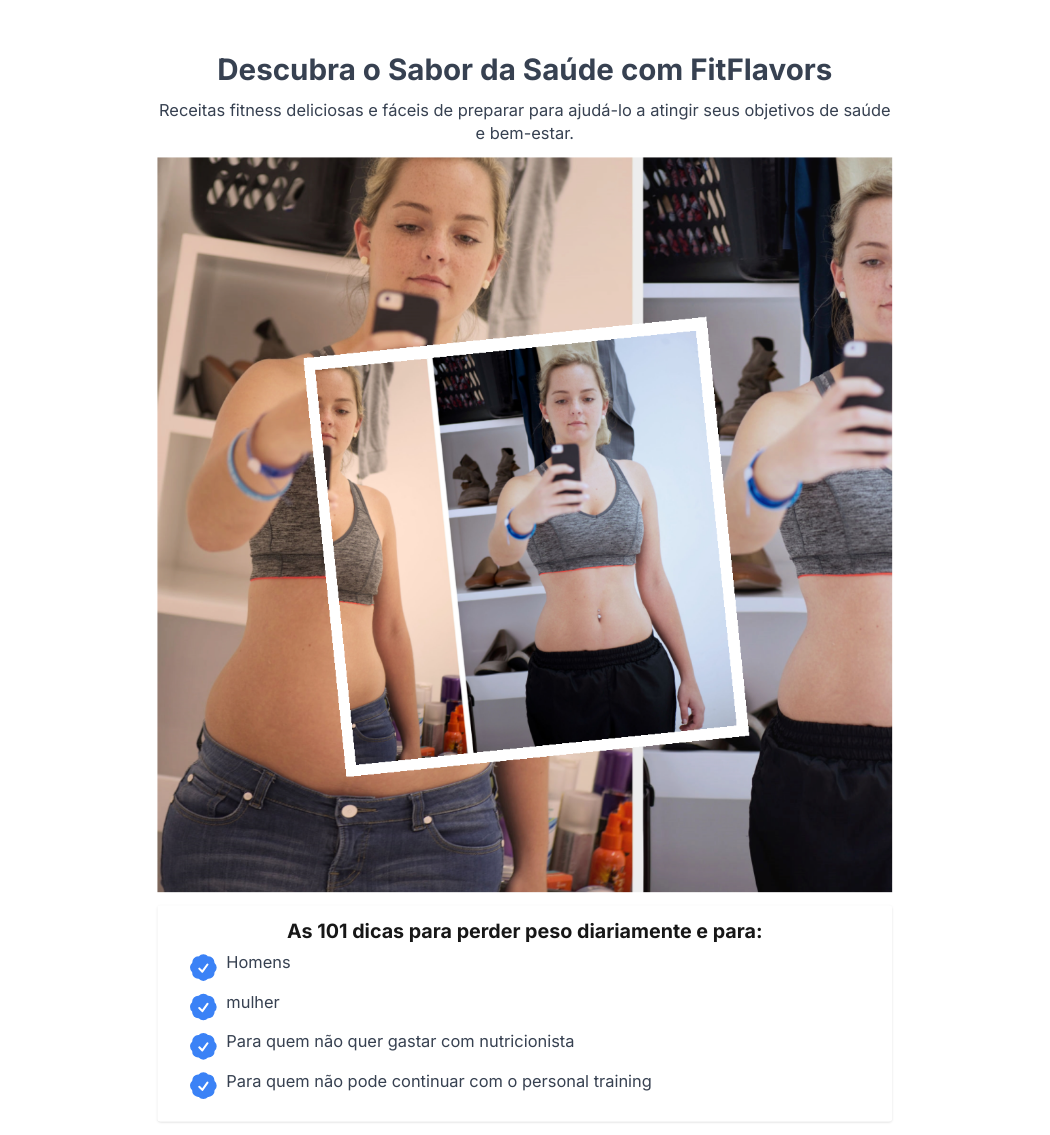
Repository: apreczewski/produtosdigitais
Page: /
An editor plug-in stored every save of this project. The page is shown before and after the next save, followed by the edit.
The browser window is 1280 px wide. The pictures show the part of the page from y = 0 to 1384 px (the page is 3668 px tall), at 82% of full size.
Pictures or frames that could not be fetched are drawn as grey boxes. The project was rebuilt for these pictures with package versions that can differ from the ones it lists, and the page was loaded fresh each time. The framework's server and built-in components were replaced by stand-ins that run in the browser. Also part of the build but not shown: next.config.js, webpack.config.js.

Above is the page before, as saved 2023-07-27 18:31:19.

### src/app/layout.tsx
import './globals.css'

import { Inter } from 'next/font/google'

const inter = Inter({ subsets: ['latin'] })

export const metadata = {
  title: 'Create Next App',
  description: 'Generated by create next app',
}

export default function RootLayout({
  children,
}: {
  children: React.ReactNode
}) {
  return (
    <html lang="en">
      <body className={inter.className}>
        {children}
      </body>
    </html>
  )
}

### src/app/page.tsx
import { ReceitasFitness } from "@/app/receitasfitness";

export default function Home() {
  return <ReceitasFitness />
}

### src/app/globals.css
@tailwind base;
@tailwind components;
@tailwind utilities;

:root {
  --foreground-rgb: 0, 0, 0;
  --background-start-rgb: #9DCAB4
  --background-end-rgb: #9DCAB4
}

@media (prefers-color-scheme: dark) {
  :root {
    --foreground-rgb: 255, 255, 255;
    --background-start-rgb: #9DCAB4
    --background-end-rgb: #9DCAB4
  }
}

body {
  color: rgb(var(--foreground-rgb));
  background: linear-gradient(
      to bottom,
      transparent,
      rgb(var(--background-end-rgb))
    )
    rgb(var(--background-start-rgb));
}

main {
  margin: 0 12rem;
}

 /* Estilizando a barra de rolagem */
 ::-webkit-scrollbar {
  width: 5px;
}

/* Estilizando o "thumb" ou a parte móvel da barra de rolagem */
::-webkit-scrollbar-thumb {
  background: #888;
  border-radius: 2px;
}

/* Adicionando hover ao "thumb" */
::-webkit-scrollbar-thumb:hover {
  background: #555;
}

### src/app/receitasfitness/index.tsx
import Head from 'next/head'
import { Header } from '@components/Header'
import { Footer } from '@components/Footer'
import { Section01 } from '@/app/receitasfitness/Section01'
import { Section02 } from '@/app/receitasfitness/Section02'
import { Section03 } from '@/app/receitasfitness/Section03'
import { Section04 } from '@/app/receitasfitness/Section04'
import { Section05 } from '@/app/receitasfitness/Section05'
import { Section06 } from '@/app/receitasfitness/Section06'
import { Section07 } from '@/app/receitasfitness/Section07'
import { Section08 } from '@/app/receitasfitness/Section08'
import { Section09 } from '@/app/receitasfitness/Section09'


export const ReceitasFitness = () => {
  return (
    <div className="flex flex-col items-center justify-center min-h-screen">
      {/* <Header /> */}
      <main className="grid gap-4 flex-col items-center justify-center flex-1 text-center mt-16">
        <Section01 />
        <Section02 />
        <Section03 />
        <Section04 />
        <Section05 />
        <Section06 />
        <Section07 />
        <Section08 />
        <Section09 />
      </main>
      <Footer />
    </div>
  )
}

### src/app/components/Footer/index.tsx
import React from "react";

export const Footer = () => {
  return (
    <div className="bg-gray-800 text-white py-8 w-full">
      <div className="container mx-auto px-4 text-center">
        <h2 className="text-2xl mb-4">Entre em contato</h2>
        <p className="mb-4">Email: info@seusite.com</p>
        <div className="flex justify-center space-x-4">
          <a
            href="/privacy-policy"
            className="text-blue-300 hover:text-blue-100"
          >
            Política de Privacidade
          </a>
          <a
            href="/terms-of-service"
            className="text-blue-300 hover:text-blue-100"
          >
            Termos de Serviço
          </a>
        </div>
      </div>
    </div>
  );
};

### src/app/receitasfitness/Section01/index.tsx
export const Section01 = () => {
  return (
    <div className="text-center rounded">
      <h1 className="text-4xl font-bold mb-4  text-gray-700">
        Descubra o Sabor da Saúde com FitFlavors
      </h1>
      <p className="text-xl text-gray-700">
        Receitas fitness deliciosas e fáceis de preparar para ajudá-lo a atingir
        seus objetivos de saúde e bem-estar.
      </p>
    </div>
  );
};

### src/app/receitasfitness/Section02/index.tsx
import Image from 'next/image';
import banner from '@assets/images/section02.png'

export const Section02 = () => {
  return (
    <div className="flex justify-center items-center w-full">
      <div className="w-full">
        <Image
          className="w-screen"
          src={banner}
          alt="Transformação surpreendente com FitFlavors! Veja o progresso real alcançado com nossas receitas fitness." // Substitua isso por uma descrição da imagem
          layout="responsive"
          width={500}
          height={300}
        />
      </div>
    </div>
  );
}

### src/app/receitasfitness/Section03/index.tsx
import React from "react";
import { CheckBadgeIcon } from "@heroicons/react/24/solid";



export const Section03 = () => {
  const features = [
    {
      icon: CheckBadgeIcon,
      text: "Homens",
    },
    {
      icon: CheckBadgeIcon,
      text: "mulher",
    },
    {
      icon: CheckBadgeIcon,
      text: "Para quem não quer gastar com nutricionista",
    },
    {
      icon: CheckBadgeIcon,
      text: "Para quem não pode continuar com o personal training",
    },

    ,
    ,

  ]

  return (
    <div className="p-4 bg-white shadow rounded w-full">
      <h2 className="text-2xl text-neutral-900 font-bold mb-2">
        As 101 dicas para perder peso diariamente e para:
      </h2>
      <ul className="list-disc pl-5 justify-start ">
        {features.map((item, index) => (
          <li key={index} className="mb-2 flex justify-start content-center text-gray-700 text-xl text-left">
            <CheckBadgeIcon className="h-10 w-10 mr-2 text-blue-500" /> {item?.text}
          </li>
        ))}
      </ul>
    </div>
  );
};

### src/app/receitasfitness/Section04/index.tsx
"use client";

import React, { useEffect, useState } from "react";
import Image from "next/image";
import { Dot, Dots } from "./styles";
// import ImageTest from './image.svg';

export const Section04 = () => {
  const images = [
    "https://images.pexels.com/photos/414612/pexels-photo-414612.jpeg",
    "https://images.pexels.com/photos/459225/pexels-photo-459225.jpeg",
    "https://images.pexels.com/photos/459225/pexels-photo-459225.jpeg",
    "https://images.pexels.com/photos/459225/pexels-photo-459225.jpeg",
  ];

  const [currentImageIndex, setCurrentImageIndex] = useState(0);

  const prev = () => {
    setCurrentImageIndex(
      (currentImageIndex - 1 + images.length) % images.length
    );
  };
  const next = () => {
    setCurrentImageIndex((currentImageIndex + 1) % images.length);
  };

  useEffect(() => {
    const interval = setInterval(() => {
      setCurrentImageIndex((currentImageIndex + 1) % images.length);
    }, 2000);

    return () => clearInterval(interval);
  }, [currentImageIndex, images.length]);

  return (
    <div className="relative w-full h-[500px] rounded overflow-hidden">
      <Image
        className="object-cover"
        src={images[currentImageIndex]}
        layout="fill"
        objectFit="cover"
        alt=""
      />
      <Dots>
        {images.map((index) => {
          return <Dot key={index}/>
        })}
      </Dots>
      {/* <ImageTest /> */}
    </div>
  );
};

### src/app/receitasfitness/Section05/index.tsx
import React from "react";

export const Section05 = () => {
  return (
    <div className="bg-blue-500 text-white p-8 rounded-lg shadow-lg">
      <h2 className="text-3xl font-bold mb-6">
        Como funciona o Pacote Premium Artes Gospel?
      </h2>
      <ol className="list-decimal list-inside space-y-4 text-lg">
        <li>
          <strong className="text-white">1º Passo:</strong> Escolha o modelo de
          arte que mais lhe interessar (São mais de 450 modelos com os mais
          diversos temas)
        </li>
        <li>
          <strong className="text-white">2º Passo:</strong> Altere a arte com as
          informações que você deseja com poucos cliques (Utilize as aulas para
          aprender como alterar)
        </li>
        <li>
          <strong className="text-white">3º Passo:</strong> Finalize sua arte e
          comece a divulgação para sua igreja ou ministério em poucos minutos e
          sem precisar investir alto para isso
        </li>
      </ol>
    </div>
  );
};

### src/app/receitasfitness/Section06/index.tsx
import React from "react";

export const Section06 = () => {
  return (
    <div className="bg-blue-500 text-white p-8 rounded-lg shadow-lg">
      <h2 className="text-3xl font-bold mb-6">
        Além de tudo isso, ao se inscrever HOJE, você receberá 2 BÔNUS
        EXCLUSIVOS
      </h2>
      <h3 className="text-2xl mb-4">Bônus 1</h3>
      <p className="mb-4">
        Transforme seu corpo em uma máquina de queimar gordura
      </p>
      <p className="mb-4">
        Conselhos dos melhores exercícios e queimadores de gordura.
      </p>
      <h3 className="text-2xl mb-4">SUPER BÔNUS:</h3>
      <p className="mb-4">Bônus SURPRESA</p>
      <p className="mb-4">Ao adquirir HOJE, você garante um bônus surpresa!</p>
      <p className="text-2xl mb-4">De R$ 20.90</p>
      <p className="text-2xl mb-4">Por R$ 10.90</p>
      <button className="bg-white text-blue-500 px-8 py-3 rounded-full font-semibold transition duration-200 ease-in-out transform hover:scale-105">
        QUERO APROVEITAR ESTA OFERTA
      </button>
      <p className="mt-4">
        ATENÇÃO: As vagas com este valor são LIMITADAS e assim que se
        encerrarem, 101 Dicas para Perder Peso voltará ao seu preço normal de R$
        20.90
      </p>
    </div>
  );
};

### src/app/receitasfitness/Section07/index.tsx
import React from "react";
import Image from "next/image";

export const Section07 = () => {
  return (
    <div className="flex items-center bg-yellow-500 text-white p-8 rounded-lg shadow-lg">
      <div className="w-1/3">
        <Image
          src="https://via.placeholder.com/150"
          alt="Garantia"
          width={150}
          height={150}
        />
      </div>
      <div className="w-2/3 pl-8">
        <h2 className="text-3xl font-bold mb-4">GARANTIA DE 7 DIAS!</h2>
        <p className="text-lg">
          Temos absoluta certeza de que o 101 DICAS PARA PERDER PESO DIARIAMENTE
          será muito efetivo para o seu processo de EMAGRECIMENTO, mas se em até
          7 dias após a compra você não estiver satisfeito com o produto por
          qualquer motivo, devolvemos todo o seu dinheiro!
        </p>
      </div>
    </div>
  );
};

### src/app/receitasfitness/Section08/index.tsx
"use client"

import React, { useState } from "react";

export const Section08 = () => {
  const [activeIndex, setActiveIndex] = useState(-1);

  const questions = [
    {
      question: 'Como recebo acesso ao curso?',
      answer: 'Assim que você efetuar o pagamento, receberá um nome de usuário e senha em seu e-mail para acessar a plataforma. Aproveite seu processo de aprendizado e aproveite ao máximo.',
    },
    {
      question: 'O pagamento é seguro?',
      answer: 'O pagamento é feito 100% de forma segura através da Hotmart, a maior e mais segura plataforma de venda de produtos digitais para falantes de espanhol. Eu só pago se você fizer diretamente a eles.',
    },
    {
      question: 'Posso usar meu celular para fazer login?',
      answer: 'Sim! Você pode acessar quantas vezes quiser simplesmente usando seu celular, sem a necessidade de um computador.',
    },
    {
      question: 'E se eu não gostar do curso?',
      answer: 'Você tem uma garantia incondicional de 7 dias! Se, após a compra do curso, dentro de 7 dias você descobrir que não é para você, basta nos enviar um e-mail e nós reembolsaremos todo o seu investimento.',
    },
  ];

  return (
    <div className="bg-blue-500 text-white p-8 rounded-lg shadow-lg text-left">
      <h2 className="text-3xl font-bold mb-6">PERGUNTAS FREQUENTES:</h2>
      {questions.map((item, index) => (
        <div key={index} className="mb-4">
          <button
            onClick={() => setActiveIndex(activeIndex === index ? -1 : index)}
            className="text-xl font-semibold"
          >
            {item.question}
          </button>
          {activeIndex === index && <p className="mt-2">{item.answer}</p>}
        </div>
      ))}
    </div>
  );
};

### src/app/receitasfitness/Section09/index.tsx
import React from "react";

export const Section09 = () => {

  return (
    <h1>Section09</h1>
  );
};

### src/app/receitasfitness/Section04/styles.ts
import styled from 'styled-components';

export const Dots = styled.div`
  position: absolute;
  display: flex;
  width: 100%;
  align-items: center;
  justify-content: center;
  bottom: 3rem;
  z-index: 5;
`;

export const Dot = styled.span`
  width: 1rem;
  height: 1rem;
  border-radius: 50%;
  background-color: #999;

  & + span {
    margin-left: 0.25rem;
  }


`;

Loaded but not shown: tailwind.config.js (common file)

After the next save:
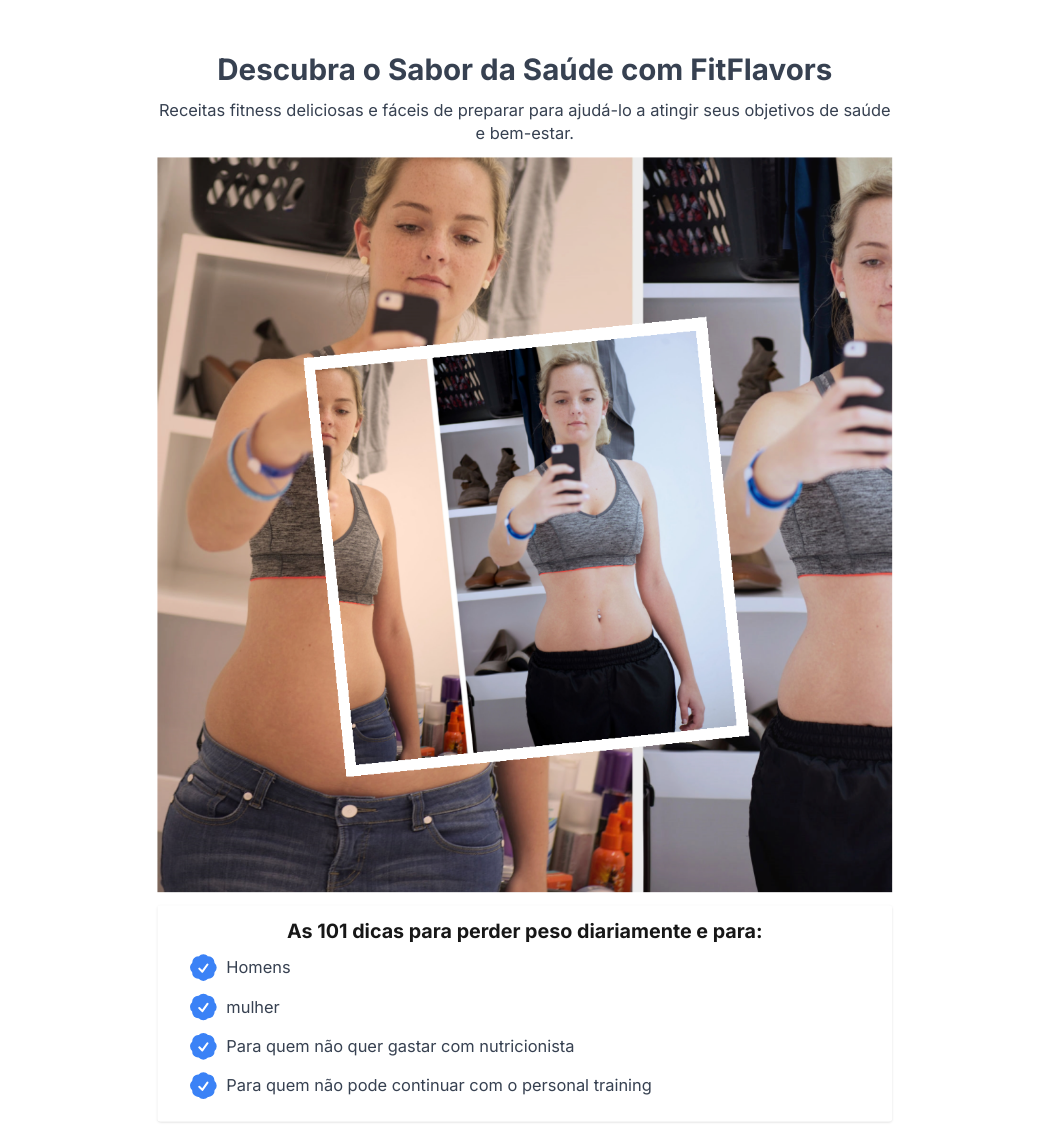
Saved 62 s later.
--- a/src/app/receitasfitness/Section03/index.tsx
+++ b/src/app/receitasfitness/Section03/index.tsx
@@ -34,7 +34,7 @@
       </h2>
       <ul className="list-disc pl-5 justify-start ">
         {features.map((item, index) => (
-          <li key={index} className="mb-2 flex justify-start content-center text-gray-700 text-xl text-left">
+          <li key={index} className="mb-2 flex justify-start items-center text-gray-700 text-xl text-left">
             <CheckBadgeIcon className="h-10 w-10 mr-2 text-blue-500" /> {item?.text}
           </li>
         ))}
